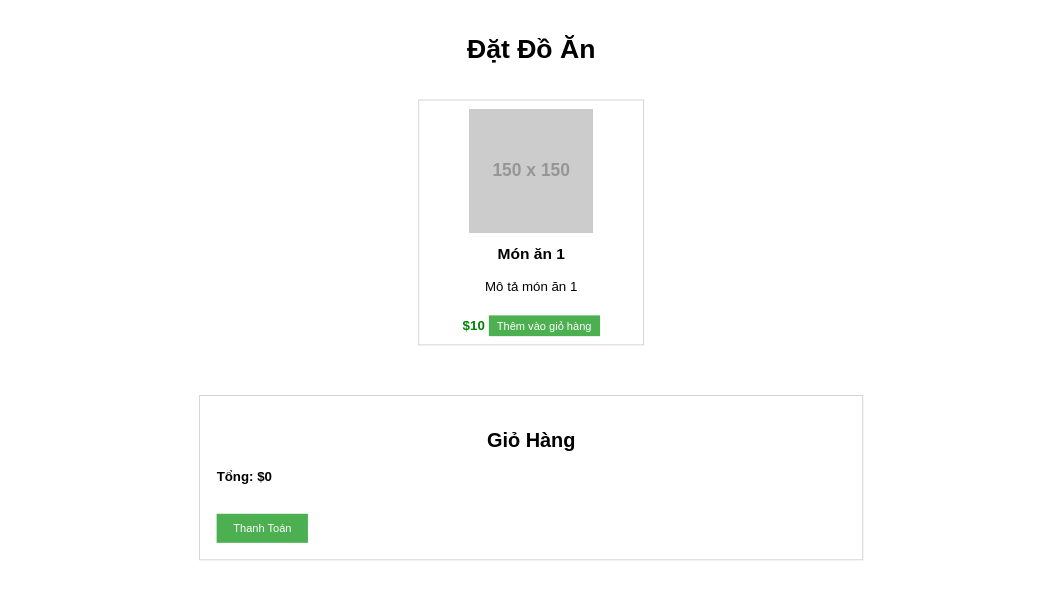
Repository: Tuananhdeptrai723/dientoandammay
Page: http://localhost/main/main.php
The author's editor kept a copy of each file at every save. The page is drawn from the files as they stood at one save, then again after the next save.
The browser window is 1280 px wide. The pictures show the whole page, at 83% of full size.
The page is run by PHP 8.4 with error messages shown; the project is at /var/www/html/.

Above is the page before, as saved 2024-06-04 18:10:27.

### main/main.php
<!DOCTYPE html>
<html lang="en">
<head>
  <meta charset="UTF-8">
  <meta name="viewport" content="width=device-width, initial-scale=1.0">
  <title>Đặt Đồ Ăn</title>
  <link rel="stylesheet" href="./main.css">
</head>
<body>
  <div class="container">
    <h1>Đặt Đồ Ăn</h1>
    <div class="menu">
      <div class="menu-item">
        <img src="https://via.placeholder.com/150" alt="Món ăn 1">
        <h3>Món ăn 1</h3>
        <p>Mô tả món ăn 1</p>
        <span class="price">$10</span>
        <button class="add-to-cart">Thêm vào giỏ hàng</button>
      </div>
      <!-- Thêm các món ăn khác tương tự -->
    </div>
    <div class="cart">
      <h2>Giỏ Hàng</h2>
      <ul class="cart-items"></ul>
      <p class="total">Tổng: $0</p>
      <button class="checkout">Thanh Toán</button>
    </div>
  </div>
  <script src="./main.js"></script>
</body>
</html>

### main/main.css
body {
    font-family: Arial, sans-serif;
    margin: 0;
    padding: 0;
  }

  .container {
    max-width: 800px;
    margin: 0 auto;
    padding: 20px;
  }

  h1, h2 {
    text-align: center;
  }

  .menu {
    display: flex;
    flex-wrap: wrap;
    justify-content: center;
  }

  .menu-item {
    width: 250px;
    margin: 20px;
    padding: 10px;
    border: 1px solid #ccc;
    text-align: center;
  }

  .menu-item img {
    width: 150px;
    height: 150px;
    object-fit: cover;
  }

  .menu-item h3 {
    margin-top: 10px;
  }

  .menu-item .price {
    font-weight: bold;
    color: green;
  }

  .menu-item button {
    margin-top: 10px;
    padding: 5px 10px;
    background-color: #4CAF50;
    color: white;
    border: none;
    cursor: pointer;
  }

  .cart {
    margin-top: 40px;
    padding: 20px;
    border: 1px solid #ccc;
  }

  .cart-items {
    list-style-type: none;
    padding: 0;
  }

  .cart-items li {
    display: flex;
    justify-content: space-between;
    margin-bottom: 10px;
  }

  .total {
    font-weight: bold;
    margin-top: 20px;
  }

  .checkout {
    margin-top: 20px;
    padding: 10px 20px;
    background-color: #4CAF50;
    color: white;
    border: none;
    cursor: pointer;
  }

### main/main.js
const addToCartButtons = document.querySelectorAll('.add-to-cart');
const cartItems = document.querySelector('.cart-items');
const total = document.querySelector('.total');
let cart = [];
let totalPrice = 0;

addToCartButtons.forEach(button => {
  button.addEventListener('click', () => {
    const menuItem = button.parentNode;
    const name = menuItem.querySelector('h3').textContent;
    const price = parseFloat(menuItem.querySelector('.price').textContent.replace('$', ''));
    const item = { name, price };
    cart.push(item);
    updateCart();
  });
});

function updateCart() {
  cartItems.innerHTML = '';
  totalPrice = 0;
  cart.forEach(item => {
    const li = document.createElement('li');
    li.textContent = `${item.name} - $${item.price}`;
    cartItems.appendChild(li);
    totalPrice += item.price;
  });
  total.textContent = `Tổng: $${totalPrice.toFixed(2)}`;
}

After the next save:
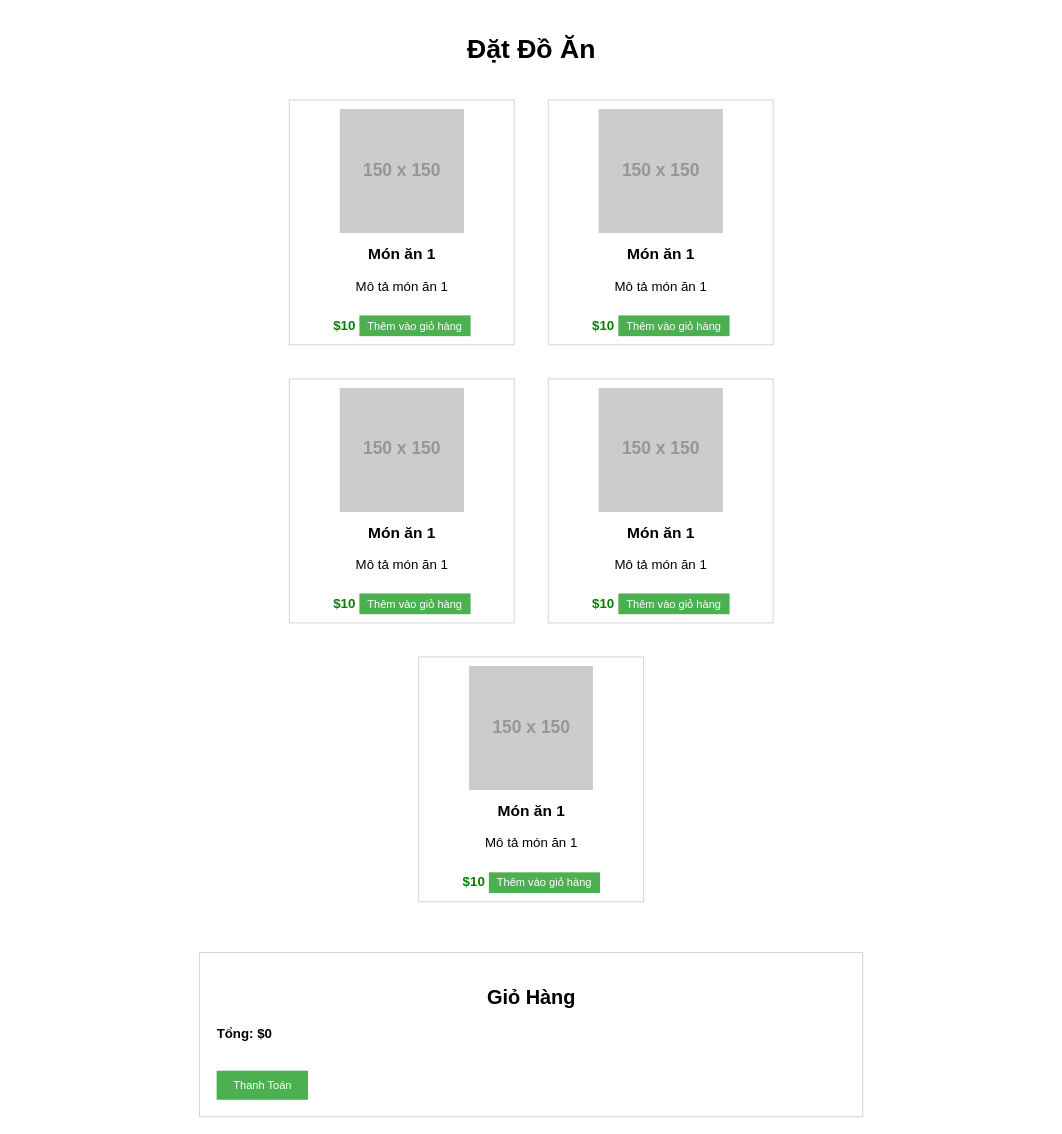
Saved 53 s later.
--- a/main/main.php
+++ b/main/main.php
@@ -17,6 +17,38 @@
         <span class="price">$10</span>
         <button class="add-to-cart">Thêm vào giỏ hàng</button>
       </div>
+
+      <div class="menu-item">
+        <img src="https://via.placeholder.com/150" alt="Món ăn 1">
+        <h3>Món ăn 1</h3>
+        <p>Mô tả món ăn 1</p>
+        <span class="price">$10</span>
+        <button class="add-to-cart">Thêm vào giỏ hàng</button>
+      </div>
+
+      <div class="menu-item">
+        <img src="https://via.placeholder.com/150" alt="Món ăn 1">
+        <h3>Món ăn 1</h3>
+        <p>Mô tả món ăn 1</p>
+        <span class="price">$10</span>
+        <button class="add-to-cart">Thêm vào giỏ hàng</button>
+      </div>
+
+      <div class="menu-item">
+        <img src="https://via.placeholder.com/150" alt="Món ăn 1">
+        <h3>Món ăn 1</h3>
+        <p>Mô tả món ăn 1</p>
+        <span class="price">$10</span>
+        <button class="add-to-cart">Thêm vào giỏ hàng</button>
+      </div>
+
+      <div class="menu-item">
+        <img src="https://via.placeholder.com/150" alt="Món ăn 1">
+        <h3>Món ăn 1</h3>
+        <p>Mô tả món ăn 1</p>
+        <span class="price">$10</span>
+        <button class="add-to-cart">Thêm vào giỏ hàng</button>
+      </div>
       <!-- Thêm các món ăn khác tương tự -->
     </div>
     <div class="cart">
